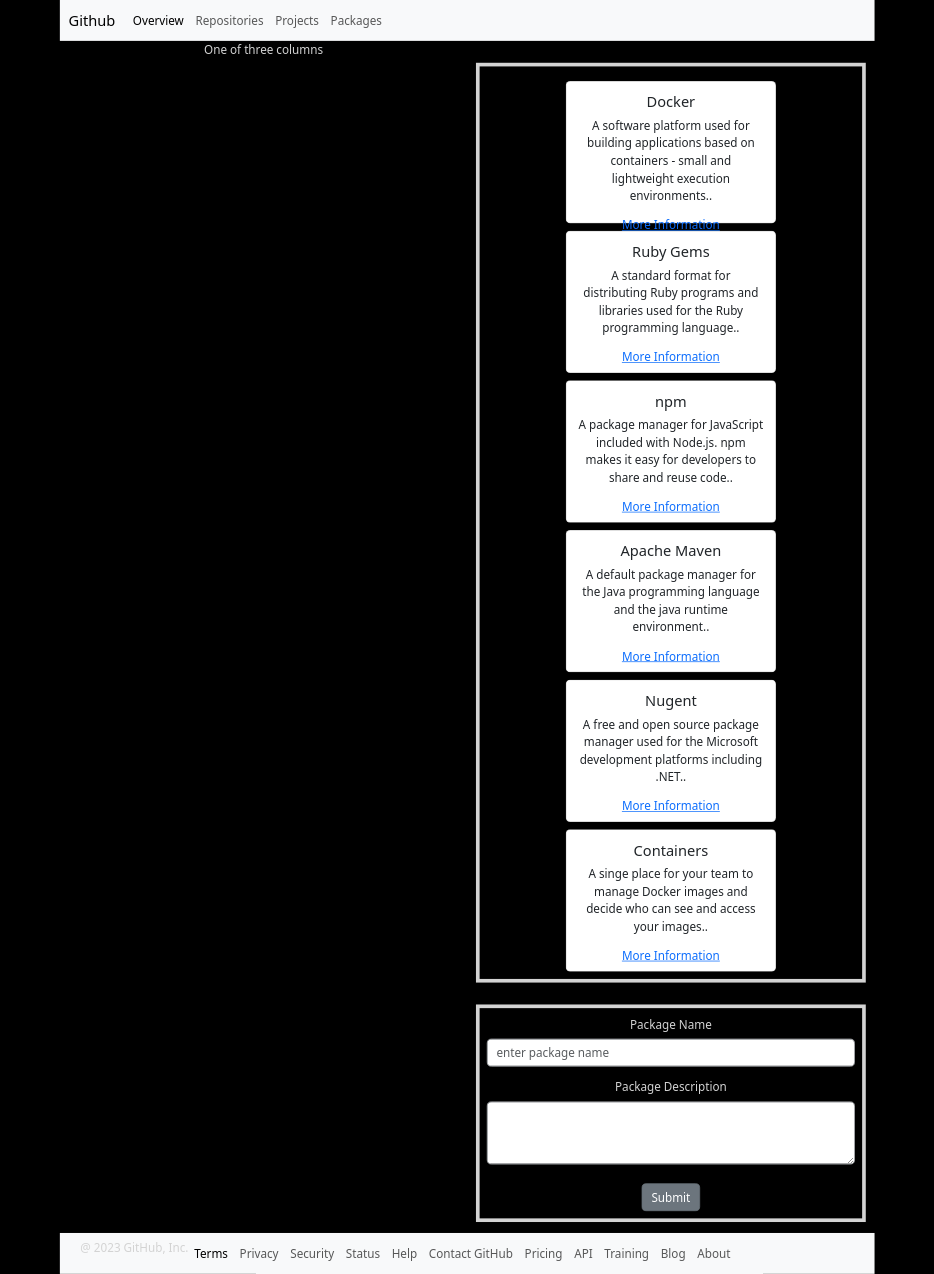
Repository: nss-evening-cohort-E23/gitsub-pull-request-posse
Page: packages.html
These files come from the project's save history. The page is drawn as it stood at one moment and after the next save; the edit follows.
The browser window is 1280 px wide. The pictures show the whole page, at 73% of full size.

Above is the page before, as saved 2023-05-09 19:25:36.

After the next save:
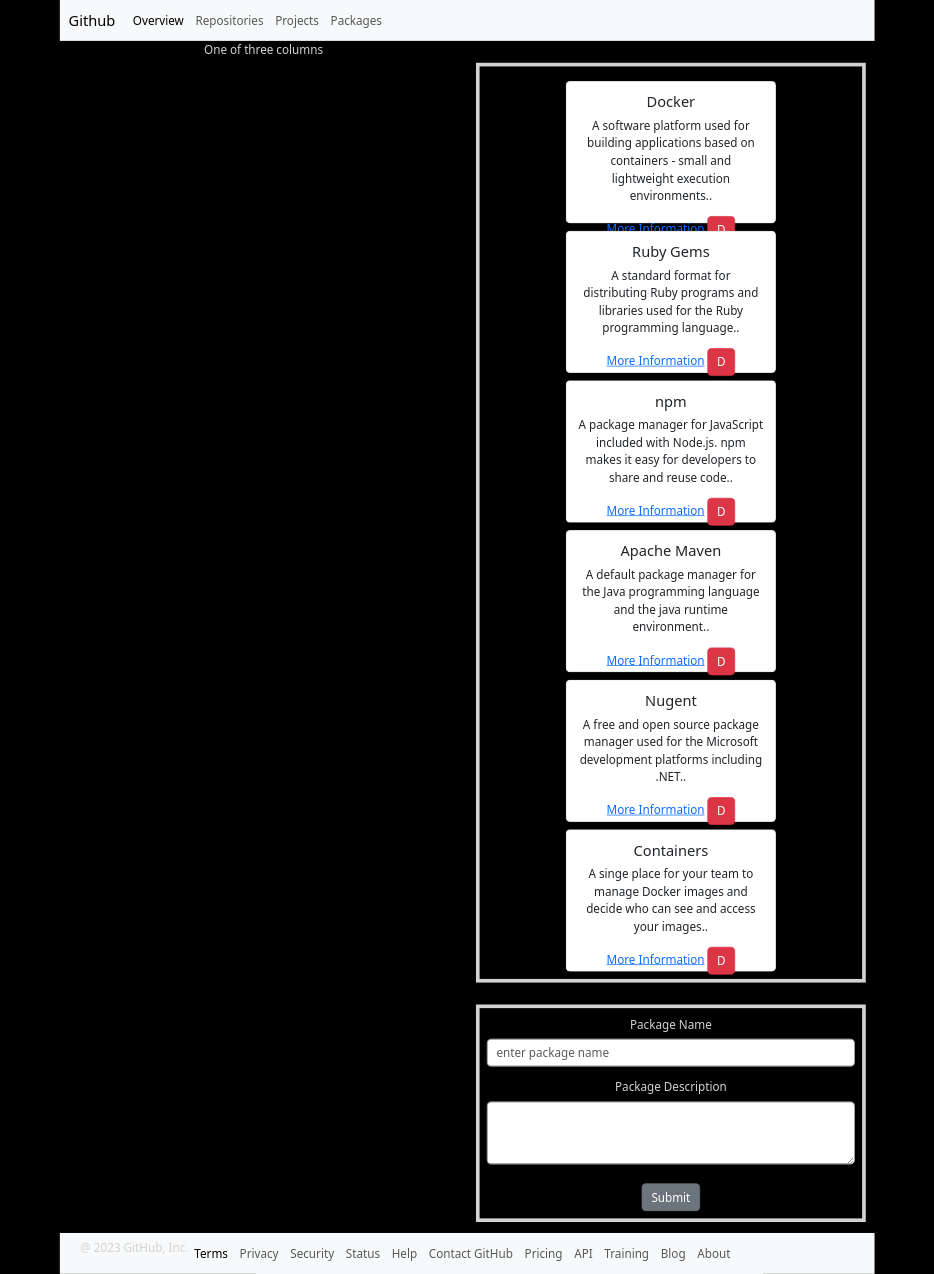
Saved 4 s later.
--- a/main.js
+++ b/main.js
@@ -66,7 +66,7 @@
     <h5 class="card-title">${package.name}</h5>
     <p class="card-text">${package.description}.</p>
     <a href="#" class="card-link">More Information</a>
-</button>
+    <button class="btn btn-danger" id="delete">D</button>
   </div>
 </div>`
 }
